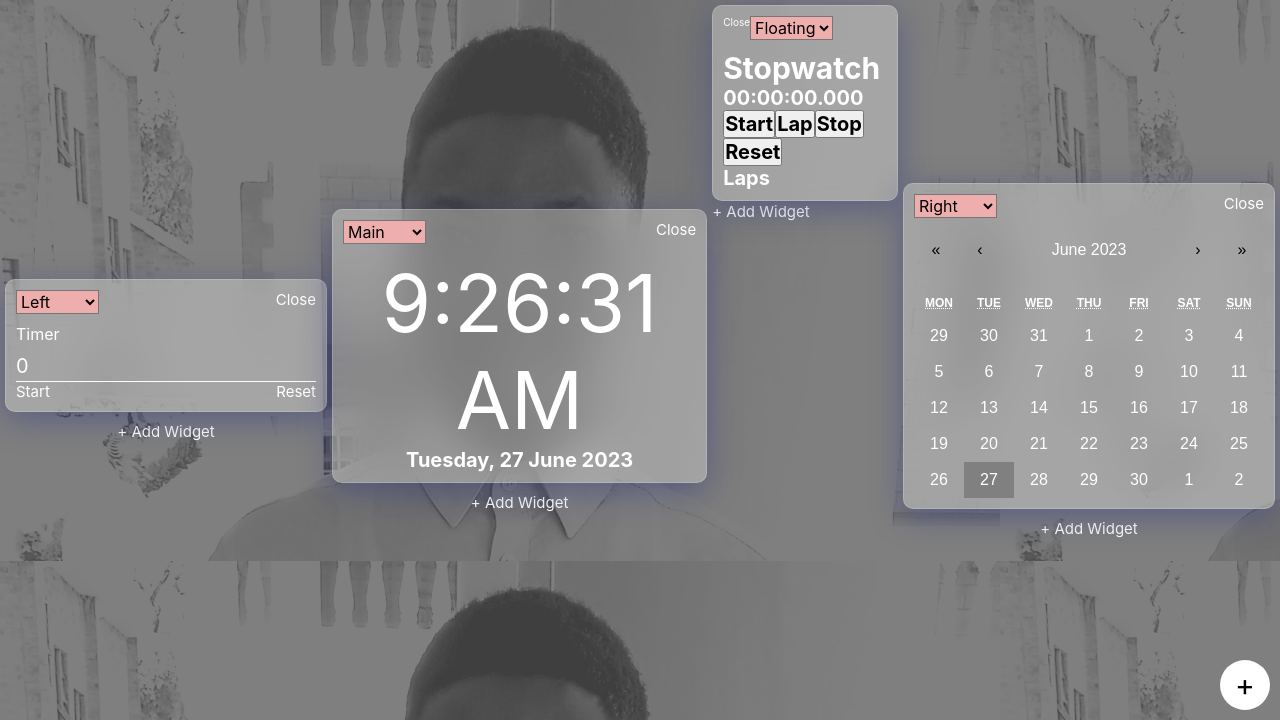
Repository: Angera-Silas/Planner-app
Page: /
The author's editor kept a copy of each file at every save. The page is drawn from the files as they stood at one save, then again after a run of saves.
The browser window is 1280 px wide. The pictures show the whole page.
The project was rebuilt for these pictures with package versions that can differ from the ones it lists, and the page was loaded fresh each time. Also part of the build but not shown: src/widgets/ReminderListWidget.js, src/modals/WidgetGalleryModal.js.

Above is the page before, as saved 2023-06-27 18:11:57.

### src/index.css
body {
  margin: 0;
  font-family: -apple-system, BlinkMacSystemFont, 'Segoe UI', 'Roboto', 'Oxygen',
    'Ubuntu', 'Cantarell', 'Fira Sans', 'Droid Sans', 'Helvetica Neue',
    sans-serif;
  -webkit-font-smoothing: antialiased;
  -moz-osx-font-smoothing: grayscale;
}

code {
  font-family: source-code-pro, Menlo, Monaco, Consolas, 'Courier New',
    monospace;
}
*,
*::before,
*::after {
 box-sizing: border-box;
}

img,
svg,
video,
canvas,
audio,
iframe,
embed,
object {
 display: block;
 max-width: 100%;
}

input,
button,
textarea,
select {
 font: inherit;
 color: black;
}

* {
 margin: 0;
 padding: 0;
 box-sizing: border-box;
 font: inherit;
 color: white;
}

/* width */
::-webkit-scrollbar {
 width: 10px;
}

/* Track */
::-webkit-scrollbar-track {
 background: #363636;
}

/* Handle */
::-webkit-scrollbar-thumb {
 background: #777;
}

/* Handle on hover */
::-webkit-scrollbar-thumb:hover {
 background: #1e1e1e;
}

### src/App.js
import React, { useState } from 'react';
import './App.css';
import ClockWidget from './widgets/ClockWidget';
import WidgetGalleryModal from './modals/WidgetGalleryModal';
import Draggable from 'react-draggable';
import TimerWidget from './widgets/TimerWidget';
import CalendarWidget from './widgets/CalendarWidget';
import MyCustomWidget from './widgets/MyCustomWidget';

function App() {
 const [widgets, setWidgets] = useState([
  { id: new Date().getTime(), component: <ClockWidget />, area: 'main-widget', name: "Date and Time" },
  { id: new Date().getTime() + 2, component: <CalendarWidget />, area: 'right-widget', name: "Calendar" },
  { id: new Date().getTime() + 1, component: <TimerWidget />, area: 'left-widget', name:"Timer" },
  { id: new Date().getTime(), component: <MyCustomWidget/>,area:'center-widget',name:"Stopwatch"},
 ])
 const [showWidgetModal, setShowWidgetModal] = useState(false)
 const [selectedWidgetArea, setSelectedWidgetArea] = useState('')

 const removeWidget = (index) => {
  try {
   setWidgets(widgets.filter(widget => widget.id !== index))
  } catch (error) {
   console.log(error)
  }
 }

 return (
  <>
   {showWidgetModal && <WidgetGalleryModal setShowWidgetModal={setShowWidgetModal} selectedWidgetArea={selectedWidgetArea} widgets={widgets} setWidgets={setWidgets} />}
   <div className="add-button"
    onClick={() => {
     console.log('add button clicked')
     setShowWidgetModal(true)
     setSelectedWidgetArea('none-widget')
    }}
   >
    <p
     className='add-widget-button'
     style={{ background: "none", border: "none", color: "black", fontSize: "30px", cursor: "pointer", backgroundColor: "white", borderRadius: "50%", width: "50px", display: "flex", justifyContent: "center", alignItems: "center", height: "50px", position: "fixed", bottom: "10px", right: "10px" }}
    >+</p>
   </div>
   <div className='none-widget' >
    {widgets.length > 0 && widgets.map((widget, index) => {
     if (widget.area === 'none-widget') {
      return (
       <Draggable>
            <div style={{ padding: 10,}} className='widget-container' >
             <div style={{ marginBottom: 10 }}>
              <select value={widget.area}
               onChange={(e) => {
                let widgetList = [...widgets]
                widgetList[index].area = e.target.value
                setWidgets(widgetList)
               }}
              >
               <option value="none-widget">Floating</option>
               <option value="left-widget">Left</option>
               <option value="main-widget">Main</option>
               <option value="right-widget">Right</option>
              </select>
              <button
               onClick={() => {
                removeWidget(widget.id)
               }}
               style={{ background: "none", border: "none", color: "white", fontSize: "15px", cursor: "pointer", float: "right" }}
              >Close</button>
             </div>
             {widget.component}
            </div>
       </Draggable>
      )
     }
    })}
   </div>
   <div className="App">
    <div className="container">
     <div className='left-widget'>
      {widgets.length > 0 && widgets.map((widget, index) => {
       if (widget.area === 'left-widget') {
        return (
         <div style={{ padding: 10,}} className='widget-container'>
          <div style={{ marginBottom: 10 }}>
           <select value={widget.area}
            onChange={(e) => {
             let widgetList = [...widgets]
             widgetList[index].area = e.target.value
             setWidgets(widgetList)
            }}
           >
            <option value="none-widget">Floating</option>
            <option value="left-widget">Left</option>
            <option value="main-widget">Main</option>
            <option value="right-widget">Right</option>
           </select>
           <button
            onClick={() => {
             removeWidget(widget.id)
            }}
            style={{ background: "none", border: "none", color: "white", fontSize: "15px", cursor: "pointer", float: "right" }}
           >Close</button>
          </div>
          {widget.component}
         </div>
        )
       }
      })}
      {widgets.filter(widget => widget.area === 'left-widget').length < 3 && widgets.filter(widget => widget.area === 'left-widget').length > 0 &&
       <button
        className='add-widget-button'
        onClick={() => {
         setShowWidgetModal(true)
         setSelectedWidgetArea('left-widget')
        }}>+ Add Widget</button>
      }
     </div>
     <div className='main-widget'>
      {widgets.length > 0 && widgets.map((widget, index) => {
       if (widget.area === 'main-widget') {
        return (
         <div style={{ padding: 10,}} className='widget-container' >
          <div style={{ marginBottom: 10 }}>
           <select value={widget.area}
            onChange={(e) => {
             let widgetList = [...widgets]
             widgetList[index].area = e.target.value
             setWidgets(widgetList)
            }}
           >
            <option value="none-widget">Floating</option>
            <option value="left-widget">Left</option>
            <option value="main-widget">Main</option>
            <option value="right-widget">Right</option>
           </select>
           <button
            onClick={() => {
             removeWidget(widget.id)
            }}
            style={{ background: "none", border: "none", color: "white", fontSize: "15px", cursor: "pointer", float: "right" }}
           >Close</button>
          </div>
          {widget.component}
         </div>
        )
       }
      })}
      {widgets.filter(widget => widget.area === 'main-widget').length < 2 &&
       <button
        className='add-widget-button'
        onClick={() => {
         setShowWidgetModal(true)
         setSelectedWidgetArea('main-widget')
        }}>+ Add Widget</button>
      }
     </div>
     <div className='center-widget'>
      {widgets.length > 0 && widgets.map((widget, index) => {
       if (widget.area === 'center-widget') {
        return (
         <div style={{ padding: 10,}} className='widget-container' >
          <div style={{ marginBottom: 10 }}>
           <select value={widget.area}
            onChange={(e) => {
             let widgetList = [...widgets]
             widgetList[index].area = e.target.value
             setWidgets(widgetList)
            }}
           >
            <option value="none-widget">Floating</option>
            <option value="left-widget">Left</option>
            <option value="main-widget">Main</option>
            <option value="right-widget">Right</option>
           </select>
           <button
            onClick={() => {
             removeWidget(widget.id)
            }}
            style={{ background: "none", border: "none", color: "white", fontSize: "10px", cursor: "pointer", float: "left" }}
           >Close</button>
          </div>
          {widget.component}
         </div>
        )
       }
      })}
      {widgets.filter(widget => widget.area === 'center-widget').length < 2 &&
       <button
        className='add-widget-button'
        onClick={() => {
         setShowWidgetModal(true)
         setSelectedWidgetArea('center-widget')
        }}>+ Add Widget</button>
      }
     </div>
     <div className='right-widget'>
      {widgets.length > 0 && widgets.map((widget, index) => {
       if (widget.area === 'right-widget') {
        return (
         <div style={{ padding: 10,}} className='widget-container'>
          <div style={{ marginBottom: 10 }}>
           <select value={widget.area}
            onChange={(e) => {
             let widgetList = [...widgets]
             widgetList[index].area = e.target.value
             setWidgets(widgetList)
            }}
           >
            <option value="none-widget">Floating</option>
            <option value="left-widget">Left</option>
            <option value="main-widget">Main</option>
            <option value="right-widget">Right</option>
           </select>
           <button
            onClick={() => {
             removeWidget(widget.id)
            }}
            style={{ background: "none", border: "none", color: "white", fontSize: "15px", cursor: "pointer", float: "right" }}
           >Close</button>
          </div>
          {widget.component}
         </div>
        )
       }
      })}
      {widgets.filter(widget => widget.area === 'right-widget').length < 3 && widgets.filter(widget => widget.area === 'right-widget').length > 0 &&
       <button
        className='add-widget-button'
        onClick={() => {
         setShowWidgetModal(true)
         setSelectedWidgetArea('right-widget')
        }}>+ Add Widget</button>
      }
     </div>
    </div>
   </div>
  </>
 )
}

export default App;

### src/App.css
.App {
  background: url("background.jpg");
  height: 100vh;
  display: flex;
  justify-content: flex-start;
  align-items: center;
  width: 100%;

}

.container {
  display: flex;
  flex-direction: row;
  align-items: flex-start;
  justify-content: space-between;
  gap: 5px;
  width: 100vw;
  padding: 5px;
  max-height: 100vh;
  height: 100%;

}

.item {
  background-color: rgba(255, 255, 255, 0.8);
  border: 1px solid rgba(0, 0, 0);
  padding: 20px;
  font-size: 30px;
  text-align: center;
}

.time {
  font-size: 80px;
  color: white;
  text-align: center;
}

.date {
  font-size: 20px;
  color: white;
  text-align: center;
  font-weight: bold;
}

.add-widget-button {
  background-color: transparent;
  color: white;
  border: none;
  font-size: 15px;
  text-align: center;
  cursor: pointer;
}

.add-widget-button:hover {
  color: #1e1e1e;
}

.right-widget,
.left-widget,
.main-widget {
  display: flex;
  justify-content: center;
  align-items: center;
  flex-direction: column;
  gap: 10px;
  height: 100%;
  max-width: 500px;
}

.none-widget {
  position: fixed;
  /* height: 100vh;
  width: 100vw; */
  top: 0px;
  left: 0px;
}

select {
 background-color: #efaeae;
}

/* Modal */
.modal {
  position: fixed;
  z-index: 1;
  padding-top: 100px;
  left: 0;
  top: 0;
  width: 100vw;
  height: 100vh;
  overflow: auto;
  background-color: rgb(0, 0, 0, 0.4);
}

.modal-content {
  background-color: #183A37;
  margin: auto;
  padding: 20px;
  width: 50%;
  max-height: 50vh;
  overflow: scroll;
}

.modal-header {
  display: flex;
  justify-content: space-between;
  align-items: flex-start;
}

.modal-header h2 {
  color: white;
  font-weight: bold;
  font-size: 25px;
}

.row {
  display: flex;
  justify-content: space-between;
  align-items: center;
  gap: 10px;
}

.widget-gallery-item {
  color: black;
  border: 1px solid white;
  padding: 10px;
  margin-bottom: 10px;
}

.text-input {
  outline: none;
  border: none;
  border-bottom: 1px solid white;
  width: 100%;
  background-color: transparent;
  color: white;
  font-size: 20px;
  margin-top: 10px;
  padding-bottom: 3px;
}

.widget-container {
  background: rgba(255, 255, 255, 0.3);
  box-shadow: 0 8px 32px 0 rgba(31, 38, 135, 0.37);
  backdrop-filter: blur(20px);
  -webkit-backdrop-filter: blur(20px);
  border-radius: 10px;
  border: 1px solid rgba(255, 255, 255, 0.18);

}

.widget-gallery-item-name{
  font-size: 20px;
  font-weight: bold;
  margin-bottom: 10px;
}
.stopwatch {
 width: 100%;
 font-size: 20px;
 color: white;
 font-weight: bold;
}

### src/widgets/ClockWidget.js
import React, { useEffect, useState } from 'react'

export default function ClockWidget() {
  const [time, setTime] = useState(new Date().toLocaleTimeString())
  const [date, setDate] = useState(new Date())
  useEffect(() => {
    const interval = setInterval(() => {
      setTime(new Date().toLocaleTimeString())
      setDate(new Date())
    }, 1000)
    return () => clearInterval(interval)
  }, [])

  const tidyDate = (date) => {
    const dateArray = date
    const day = dateArray.getDay()
    const dateNumber = dateArray.getDate()
    const month = dateArray.getMonth() + 1
    const year = dateArray.getFullYear()

    const days = ['Sunday', 'Monday', 'Tuesday', 'Wednesday', 'Thursday', 'Friday', 'Saturday']
    const months = ['January', 'February', 'March', 'April', 'May', 'June', 'July', 'August', 'September', 'October', 'November', 'December']

    return `${days[day]}, ${dateNumber} ${months[month - 1]} ${year}`

  }

  return (
    <div>
      <p className='time'>{time}</p>
      <p className='date'>{tidyDate(date)}</p>
    </div>
  )
}

### src/widgets/TimerWidget.js
import React, { useEffect, useState } from 'react'

export default function TimerWidget() {
  const [timerListData, setTimerListData] = useState({
    time: 0,
    isRunning: false,
  })

  const tidyTime = (time) => {
    let hours = Math.floor(time / 3600)
    let minutes = Math.floor((time - (hours * 3600)) / 60)
    let seconds = time - (hours * 3600) - (minutes * 60)

    if (hours < 10) { hours = "0" + hours }
    if (minutes < 10) { minutes = "0" + minutes }
    if (seconds < 10) { seconds = "0" + seconds }

    return hours + ':' + minutes + ':' + seconds
  }

  useEffect(() => {
    // timer logic
    let interval = null
    if (timerListData.isRunning && timerListData.time > 0) {
      interval = setInterval(() => {
        setTimerListData({
          ...timerListData,
          time: parseInt(timerListData.time) - 1,
        })
      }, 1000)
    } else if (!timerListData.isRunning && timerListData.time !== 0) {
      setTimerListData({
        ...timerListData,
        isRunning: false,
      })
      clearInterval(interval)
    } else if (timerListData.isRunning && timerListData.time === 0) {
      setTimerListData({
        ...timerListData,
        isRunning: false,
      })
      clearInterval(interval)
      alert('Timer is up!')
    }

      return () => clearInterval(interval)
  }, [timerListData.isRunning, timerListData.time])

  return (
    <div style={{ minWidth: 300 }}>
      <div style={{ display: "flex", justifyContent: "space-between", alignItems: "row" }}>
        <p>Timer</p>
      </div>
      <div className='timer-container'>
        <div className='timer-display'>
          {timerListData.isRunning ?
            <p style={{ textAlign: "center", fontWeight: "bold", fontSize: 20 }}>{tidyTime(timerListData.time)}</p>
            :
            <input type="text" className='text-input' value={timerListData.time} onChange={(e) => {
              setTimerListData({
                ...timerListData,
                time: e.target.value,
              })
            }} />
          }
        </div>
        <div className='timer-controls' style={{ display: "flex", justifyContent: "space-between", alignItems: "center", }}>
          <button
            style={{
              background: "none",
              border: "none",
              color: "white",
              fontSize: "15px",
              cursor: "pointer",
            }}
            onClick={() => {
              setTimerListData({
                ...timerListData,
                isRunning: !timerListData.isRunning,
              })
            }}
          >{timerListData.isRunning ? 'Stop' : 'Start'}</button>
          <button
            style={{
              background: "none",
              border: "none",
              color: "white",
              fontSize: "15px",
              cursor: "pointer",
            }}
            onClick={() => {
              setTimerListData({
                ...timerListData,
                time: 0,
              })
            }}
          >Reset</button>
        </div>
      </div>
    </div>
  )
}

### src/widgets/MyCustomWidget.js
import React, { useEffect, useState } from 'react';
import { BsStopwatch } from 'react-icons/bs'

export default function MyCustomWidget() {
   const [stopwatchData, setStopwatchData] = useState([
  { id: 0, name: "Timer 1", time: 0, isRunning: false, lap: [], time_started: 0, pause: [] },
 ])
 const [selectedRow, setSelectedRow] = useState(0)

 useEffect(() => {
  const interval = setInterval(() => {
   setStopwatchData(stopwatchData.map((stopwatch) => {
    if (stopwatch.isRunning) {
     return { ...stopwatch, time: new Date() - stopwatch.time_started - stopwatch.pause.reduce((a, b) => a + b, 0) }
    }
    return stopwatch
   }))
  }, 10)
  return () => clearInterval(interval)
 }, [stopwatchData])
 const handleStart = (id) => {
  setStopwatchData(stopwatchData.map((stopwatch) => {
   if (stopwatch.id === id) {
    return { ...stopwatch, isRunning: true, time_started: new Date() - stopwatch.time - stopwatch.pause.reduce((a, b) => a + b, 0) }
   }
   return stopwatch
  }))
 }

 const handleStop = (id) => {
  setStopwatchData(stopwatchData.map((stopwatch) => {
   if (stopwatch.id === id) {
    return { ...stopwatch, isRunning: false, pause: [...stopwatch.pause, new Date() - stopwatch.time_started - stopwatch.pause.reduce((a, b) => a + b, 0)] }
   }
   return stopwatch
  }))
 }

 const handleReset = (id) => {
  setStopwatchData(stopwatchData.map((stopwatch) => {
   if (stopwatch.id === id) {
    return { ...stopwatch, time: 0, isRunning: false, lap: [] }
   }
   return stopwatch
  }))
 }

 const handleLap = (id) => {
  setStopwatchData(stopwatchData.map((stopwatch) => {
   if (stopwatch.id === id) {
    return { ...stopwatch, lap: [...stopwatch.lap, stopwatch.time] }
   }
   return stopwatch
  }))
 }
  return (
    <div className='stopwatch'>
      <div style={{ display: "flex", alignItems: "center", flexDirection: "row", justifyContent: "space-between", width: "100%" }}>
      <div style={{ textAlign: "left" }}>
       <h1 style={{ fontWeight: "bold", fontSize: 30 }}>Stopwatch</h1>
      </div>
     </div>

     <p className='main-time-label'>{stopwatchData[selectedRow]?.time > 0 ? new Date(stopwatchData[selectedRow]?.time).toISOString().slice(11, -1) : "00:00:00.000"}</p>
     <div className="main-button-controls">
      <button className={"control-buttons"} onClick={() => handleStart(stopwatchData[selectedRow].id)}>Start</button>
      <button className={"control-buttons"} onClick={() => handleLap(stopwatchData[selectedRow].id)}>Lap</button>
      <button className={"control-buttons"} onClick={() => handleStop(stopwatchData[selectedRow].id)}>Stop</button>
      <button className={"control-buttons"} onClick={() => handleReset(stopwatchData[selectedRow].id)}>Reset</button>
     </div>
     <p className='lap-label'>Laps</p>
     <div className='lap-container'>
      {stopwatchData[selectedRow]?.lap.length > 0 && stopwatchData[selectedRow]?.lap.map((lap, index) => (
       <div style={{ display: "flex", justifyContent: "space-between", width: "500px" }}>
        <p>Lap {index + 1}</p>
        <p className='lap-time-label' key={index}>{new Date(lap).toISOString().slice(11, -1)}</p>
       </div>
      ))}
     </div>
    </div>
  )
}

### src/styles/styles.css
.react-calendar {
  width: 350px;
  max-width: 100%;
  background: transparent;
  font-family: Arial, Helvetica, sans-serif;
  line-height: 1.125em;
}

.react-calendar--doubleView {
  width: 700px;
}

.react-calendar--doubleView .react-calendar__viewContainer {
  display: flex;
  margin: -0.5em;
}

.react-calendar--doubleView .react-calendar__viewContainer > * {
  width: 50%;
  margin: 0.5em;
}

.react-calendar,
.react-calendar *,
.react-calendar *:before,
.react-calendar *:after {
  -moz-box-sizing: border-box;
  -webkit-box-sizing: border-box;
  box-sizing: border-box;
}

.react-calendar button {
  margin: 0;
  border: 0;
  outline: none;
}

.react-calendar button:enabled:hover {
  cursor: pointer;
}

.react-calendar__navigation {
  display: flex;
  height: 44px;
  margin-bottom: 1em;
}

.react-calendar__navigation button {
  min-width: 44px;
  background: none;
}

.react-calendar__navigation button:disabled {
  background-color: #f0f0f0;
}

.react-calendar__navigation button:enabled:hover,
.react-calendar__navigation button:enabled:focus {
  background-color: #e6e6e6;
}

.react-calendar__month-view__weekdays {
  text-align: center;
  text-transform: uppercase;
  font-weight: bold;
  font-size: 0.75em;
}

.react-calendar__month-view__weekdays__weekday {
  padding: 0.5em;
}

.react-calendar__month-view__weekNumbers .react-calendar__tile {
  display: flex;
  align-items: center;
  justify-content: center;
  font-size: 0.75em;
  font-weight: bold;
}

.react-calendar__month-view__days__day--weekend {
  color: #d10000;
}

.react-calendar__month-view__days__day--neighboringMonth {
  color: #757575;
}

.react-calendar__year-view .react-calendar__tile,
.react-calendar__decade-view .react-calendar__tile,
.react-calendar__century-view .react-calendar__tile {
  padding: 2em 0.5em;
}

.react-calendar__tile {
  max-width: 100%;
  padding: 10px 6.6667px;
  background: none;
  text-align: center;
  line-height: 16px;
}

.react-calendar__tile:disabled {
  background-color: #f0f0f0;
}

.react-calendar__tile:enabled:hover,
.react-calendar__tile:enabled:focus {
  background-color: #e6e6e6;
}

.react-calendar__tile--now {
  background: gray;
}

.react-calendar__tile--now:enabled:hover,
.react-calendar__tile--now:enabled:focus {
  background: gray;
}

.react-calendar__tile--hasActive {
  background: #76baff;
}

.react-calendar__tile--hasActive:enabled:hover,
.react-calendar__tile--hasActive:enabled:focus {
  background: #a9d4ff;
}

.react-calendar__tile--active {
  background: #006edc;
  color: white;
}

.react-calendar__tile--active:enabled:hover,
.react-calendar__tile--active:enabled:focus {
  background: #1087ff;
}

.react-calendar--selectRange .react-calendar__tile--hover {
  background-color: #e6e6e6;
}

Loaded but not shown: public/index.html (common file); src/index.js (common file); src/reportWebVitals.js (common file); src/widgets/CalendarWidget.js (common file)

After the next 2 saves:
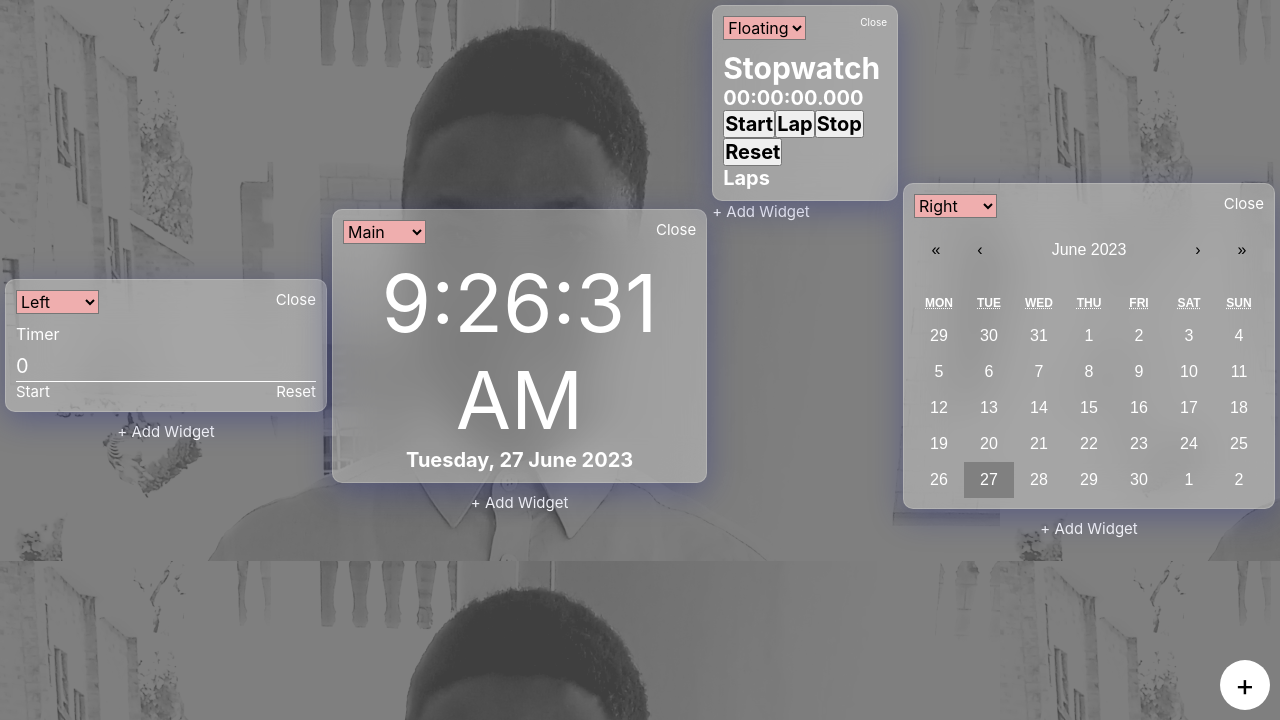
The 2 saves are shown as one change because they came seconds apart.
The last was saved 11 s later.
--- a/src/App.js
+++ b/src/App.js
@@ -175,7 +175,7 @@ function App() {
             onClick={() => {
              removeWidget(widget.id)
             }}
-            style={{ background: "none", border: "none", color: "white", fontSize: "10px", cursor: "pointer", float: "left" }}
+            style={{ background: "none", border: "none", color: "white", fontSize: "10px", cursor: "pointer", float: "right" }}
            >Close</button>
           </div>
           {widget.component}
